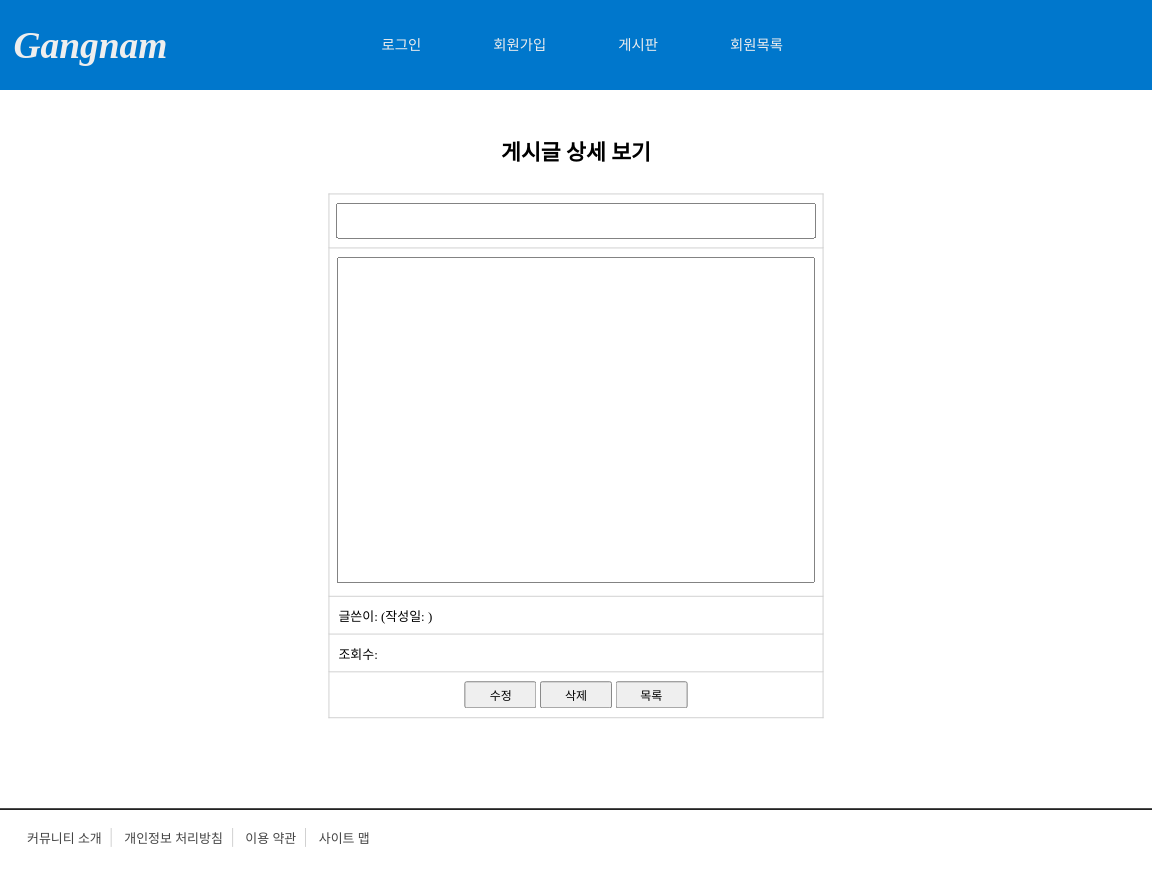
Repository: Yunkieun/jspworks
Page: http://localhost/Members2/board/boardView.jsp
The author's editor kept a copy of each file at every save. The page is drawn from the files as they stood at one save, then again after the next save.
The browser window is 1280 px wide. The pictures show the whole page, at 90% of full size.
Some web libraries are served in a nearby version. The page is served by Tomcat 9. Nobody is signed in. The application's start-up code is not run. The template is opened directly, without the code that normally fills it, so the values that code supplies are empty.

Above is the page before, as saved 2023-07-12 07:15:25.

After the next save:
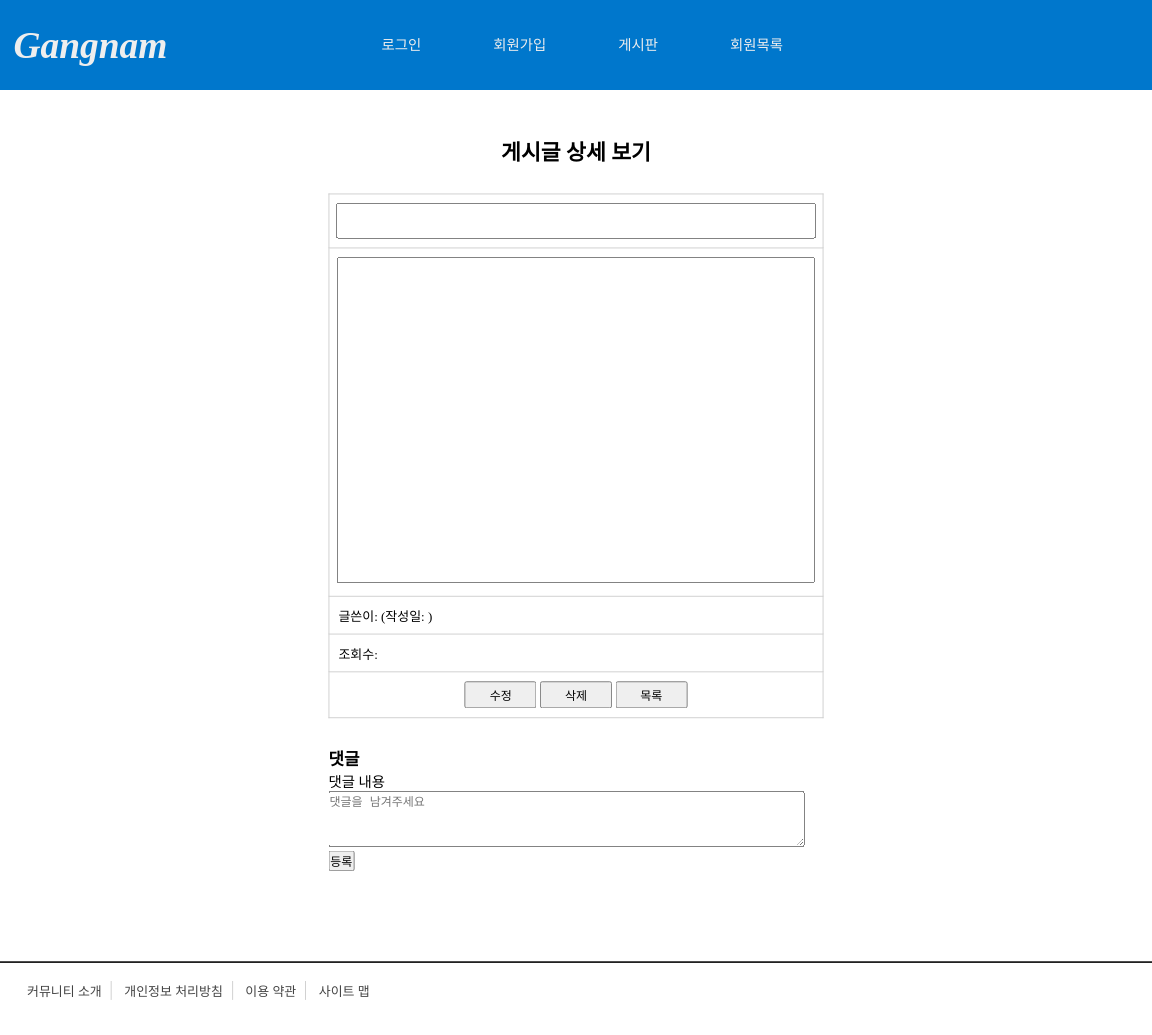
Saved 15 s later.
--- a/Members2/src/main/webapp/board/boardView.jsp
+++ b/Members2/src/main/webapp/board/boardView.jsp
@@ -65,6 +65,20 @@
 					</tr>
 				</tbody>
 			</table>
+			<!-- 댓글 영역 -->
+			<h3>댓글</h3>
+			<div>
+				댓글 내용
+			</div>
+
+			<!-- 댓글 등록 -->
+			<form action="/addReply.do" method="post">
+				<p>
+					<textarea name="rcontent" rows="4" cols="64"
+						placeholder="댓글을 남겨주세요"></textarea>
+				</p>
+				<button type="submit">등록</button>
+			</form>
 		</section>
 	</div>
 	<jsp:include page="../footer.jsp" />
